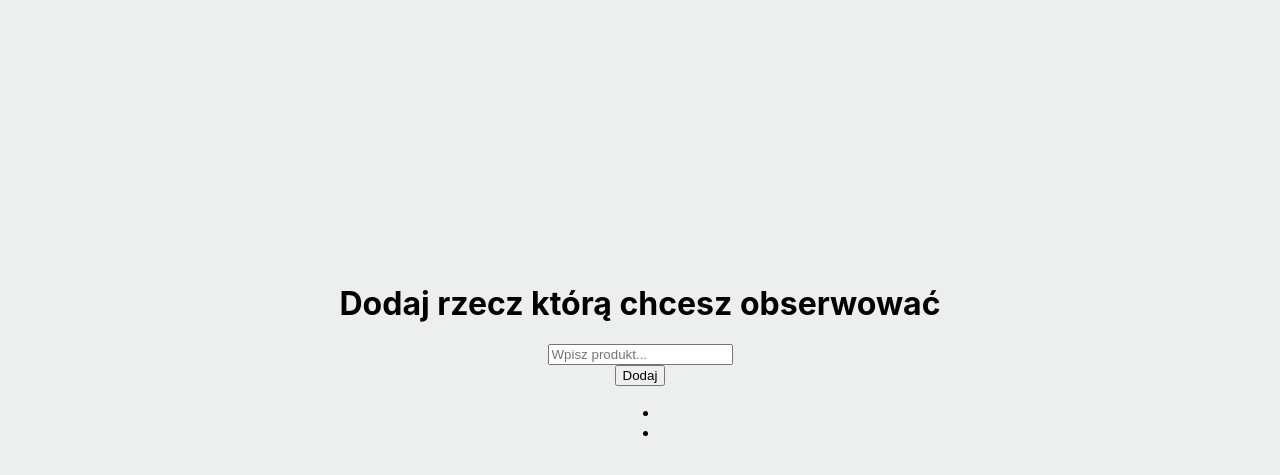
Repository: matedoo/crawler
Page: /MainApp
An editor plug-in stored every save of this project. The page is shown before and after a run of saves, followed by the edit.
The browser window is 1280 px wide. The pictures show the whole page.
The project was rebuilt for these pictures with package versions that can differ from the ones it lists, and the page was loaded fresh each time. Requests to the local data server were answered from the project's data file. Also part of the build but not shown: src/Components/button.js, src/Components/LoginComponents/LoginApp.js, src/Components/LoginComponents/RegisterApp.js, src/Components/btnContainer.js, src/Components/heading.js, src/Components/LoginComponents/StartApp.js, src/Components/MainApp/MainAppElement.js.

Above is the page before, as saved 2020-04-27 18:01:10.

### public/index.html
<!DOCTYPE html>
<html lang="en">
  <head>
    <meta charset="utf-8" />
    <link rel="icon" href="%PUBLIC_URL%/favicon.ico" />
    <meta name="viewport" content="width=device-width, initial-scale=1" />
    <meta name="theme-color" content="#000000" />
    <meta
      name="description"
      content="Web site created using create-react-app"
    />
    <link rel="apple-touch-icon" href="%PUBLIC_URL%/logo192.png" />
    <!--
      manifest.json provides metadata used when your web app is installed on a
      user's mobile device or desktop. See https://developers.google.com/web/fundamentals/web-app-manifest/
    -->
    <link rel="manifest" href="%PUBLIC_URL%/manifest.json" />
    <!--
      Notice the use of %PUBLIC_URL% in the tags above.
      It will be replaced with the URL of the `public` folder during the build.
      Only files inside the `public` folder can be referenced from the HTML.

      Unlike "/favicon.ico" or "favicon.ico", "%PUBLIC_URL%/favicon.ico" will
      work correctly both with client-side routing and a non-root public URL.
      Learn how to configure a non-root public URL by running `npm run build`.
    -->
    <title>Racoon</title>
  </head>
  <body>
    <noscript>You need to enable JavaScript to run this app.</noscript>
    <div id="root"></div>

  </body>
</html>

### src/App.js
import React from 'react';
import LoginApp from './Components/LoginComponents/LoginApp'
import RegisterApp from './Components/LoginComponents/RegisterApp'
import StartApp from './Components/LoginComponents/StartApp'
import MainApp from './Components/MainApp/MainApp'
import {BrowserRouter as Router, Switch, Route} from 'react-router-dom'




class App extends React.Component {

  render(){
    return (
      <Router>
        <Switch>
          <Route path='/' exact component={StartApp}></Route>
          <Route path='/LoginApp' component={LoginApp}></Route>
          <Route path='/RegisterApp' component={RegisterApp}></Route>
          <Route path='/MainApp' component={MainApp}></Route>
        </Switch>
      </Router>
    );
  }
}



export default App;

### src/Components/MainApp/MainApp.js
import React, { useState, useEffect } from 'react';
import styled from 'styled-components';
import MainAppElement from './MainAppElement'


//http://localhost:4000/items

function MainApp(props) {
  const [elementsListState, setElementsListState] = useState({ elementsList: [], inputValue: '', error: ''})

  const [fetchedData, setFetchedData] = useState({title: '', id: 0})
  const [dataError, setDataError] = useState(null)
  const [apiItems, setApiItems] = useState('items')
  const [isLoading, setIsLoading] = useState(true)

  useEffect(() => {
    const myFetch = async () => {
      setIsLoading(true)

      try {
        const response = await fetch(`http://localhost:4000/${apiItems}`)
        const responseParsed = await response.json()
        // console.log(responseParsed[0]);

        setIsLoading(false)
        setFetchedData({
          title: responseParsed.map(element => element.title),
          id: responseParsed.map(element => element.id)
        })


        // elementsListState.push(responseParsed)
      } catch(dataError){
        setIsLoading(false)
        setDataError(dataError)
      }

    }
    myFetch()
  }, [apiItems])
  console.log(fetchedData);




  if(isLoading){
    return <p>Loading...</p>
  }
  if(dataError){
    return <p>Error...</p>
  }

  const handleInputChange = (event) => {
    const { value } = event.target
    setElementsListState({
      ...elementsListState,
      inputValue: value
    })

  }
  const handleButtonClick = () => {
    const { elementsList } = elementsListState;

    if(!inputValue) return;

    if(elementsList.some(element => element === inputValue)){
      setElementsListState({
        ...elementsListState,
        error: 'Ten produkt już istnieje',
        inputValue: '',
      })
      return;
    }
    setElementsListState({
      error: '',
      elementsList: [...elementsList, inputValue],
      inputValue: ''
    })
  }

  const handleElementRemove = (elementValue) => {
    setElementsListState({
      ...elementsListState,
      elementsList: elementsList.filter(element => element !== elementValue)
    })
  }
  const { error, elementsList, inputValue} = elementsListState;
    return (
      <LoginAppStyled>
        <h1>Dodaj rzecz którą chcesz obserwować</h1>
        {elementsList.map((element) => (
          <MainAppElement
            key={element}
            element={element}
            handleCloseClick={handleElementRemove}
          />
        ))}
        <input
          name='listelemt'
          placeholder='Wpisz produkt...'
          value={inputValue}
          onChange={handleInputChange}
        />
        <button onClick={handleButtonClick}>Dodaj</button>
        {!!error && <p>{error}</p>}
        <div>
        <ul>
        {/* {fetchedData.title} */}
        {Object.keys(fetchedData).map(item => <li item={item.title} value={item.id} />)}
        </ul>
        </div>
      </LoginAppStyled>
    );

}

export default MainApp;



const LoginAppStyled = styled.div`
   background-color: #edeeee;
   margin: 0;
   padding:0;
   height: 100vh;
   width: 100%;
   display: flex;
   align-items: center;
   justify-content: center;
   flex-direction: column;
`

### db.json
{
  "items": [
    {
      "title": "Lagavulin 16",
      "id": 1
    },
    {
      "title": "ardbeg",
      "id": 3
    },
    {
      "title": "qwe",
      "id": 4
    }
  ]
}

Loaded but not shown: src/index.js (common file); src/styles/index.css (common file); src/serviceWorker.js (common file)

After the next 3 saves:
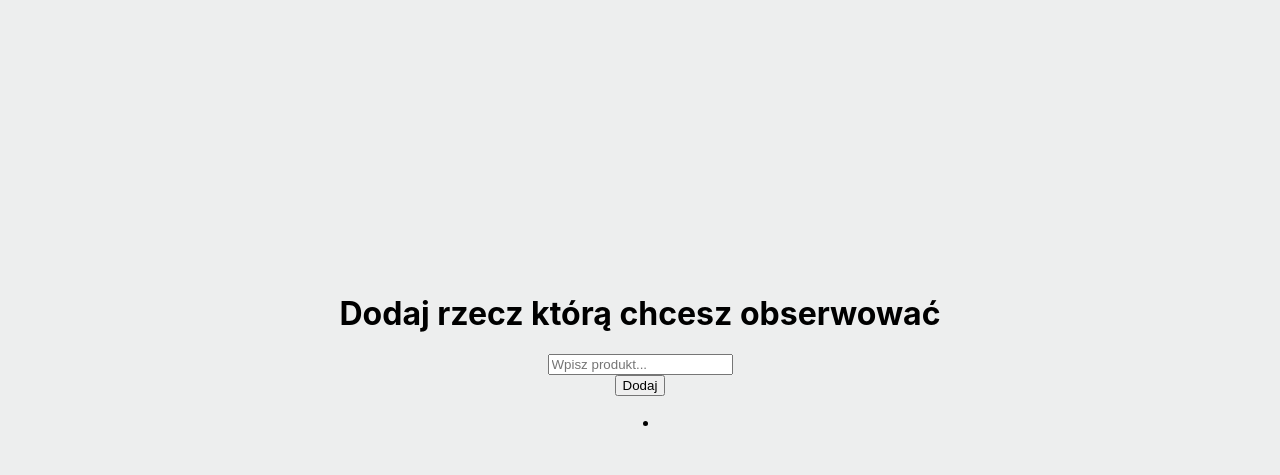
The 3 saves are shown as one change because 2 did not build or start.
The last was saved 84 s later.
--- a/src/Components/MainApp/MainApp.js
+++ b/src/Components/MainApp/MainApp.js
@@ -106,7 +106,7 @@ function MainApp(props) {
         <div>
         <ul>
         {/* {fetchedData.title} */}
-        {Object.keys(fetchedData).map(item => <li item={item.title} value={item.id} />)}
+        {<li item={fetchedData.title} value={fetchedData.id} ></li>}
         </ul>
         </div>
       </LoginAppStyled>
